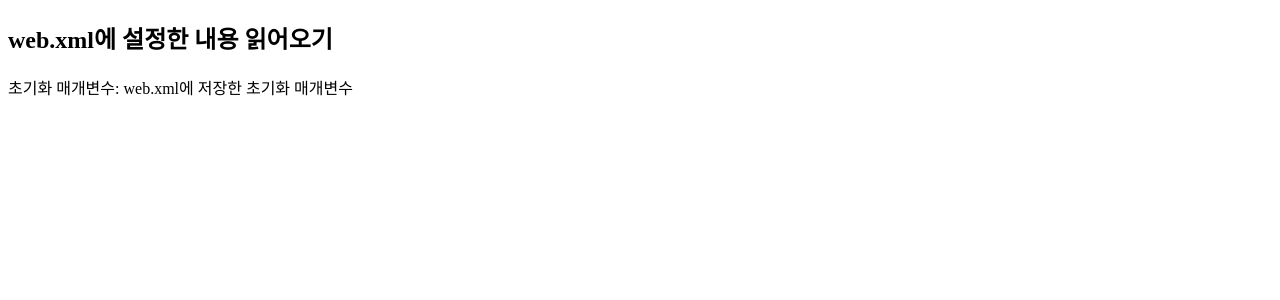
Repository: bhj305/JSP_Servlet
Page: http://localhost/MustHaveJSP/02ImplicitObject/ApplicationMain.jsp
The author's editor kept a copy of each file at every save. The page is drawn from the files as they stood at one save, then again after the next save.
The browser window is 1280 px wide. The pictures show the whole page.
The page is served by Tomcat 10. Other server files are loaded and not shown.

Above is the page before, as saved 2025-05-07 01:03:05.

### MustHaveJSP/src/main/webapp/02ImplicitObject/ApplicationMain.jsp
<%@ page language="java" contentType="text/html; charset=UTF-8"
    pageEncoding="UTF-8"%>
<!DOCTYPE html>
<html>
	<head>
	<meta charset="UTF-8">
	<title>내장객체 - Application</title>
	</head>
	<body>
		<h2>web.xml에 설정한 내용 읽어오기</h2>
		초기화 매개변수: <%= application.getInitParameter("INIT_PARAM") %>
	</body>
</html>

After the next save:
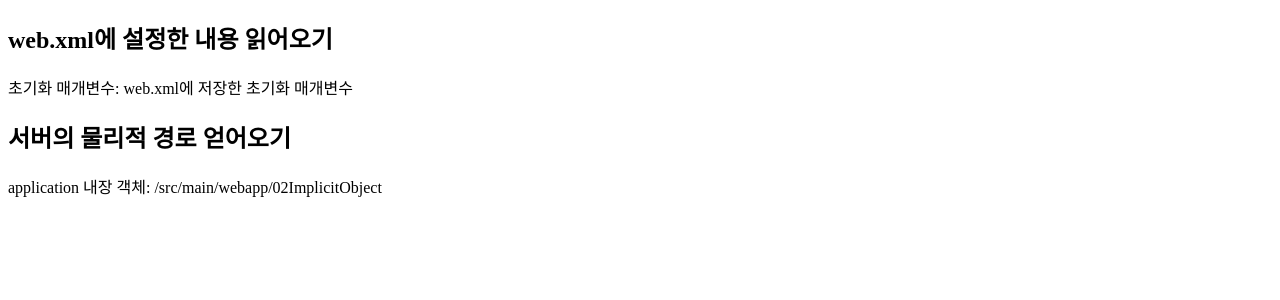
Saved 5 min 9 s later.
--- a/MustHaveJSP/src/main/webapp/02ImplicitObject/ApplicationMain.jsp
+++ b/MustHaveJSP/src/main/webapp/02ImplicitObject/ApplicationMain.jsp
@@ -9,5 +9,7 @@
 	<body>
 		<h2>web.xml에 설정한 내용 읽어오기</h2>
 		초기화 매개변수: <%= application.getInitParameter("INIT_PARAM") %>
+		<h2>서버의 물리적 경로 얻어오기</h2>
+		application 내장 객체: <%= application.getRealPath("/02ImplicitObject") %>
 	</body>
 </html>
